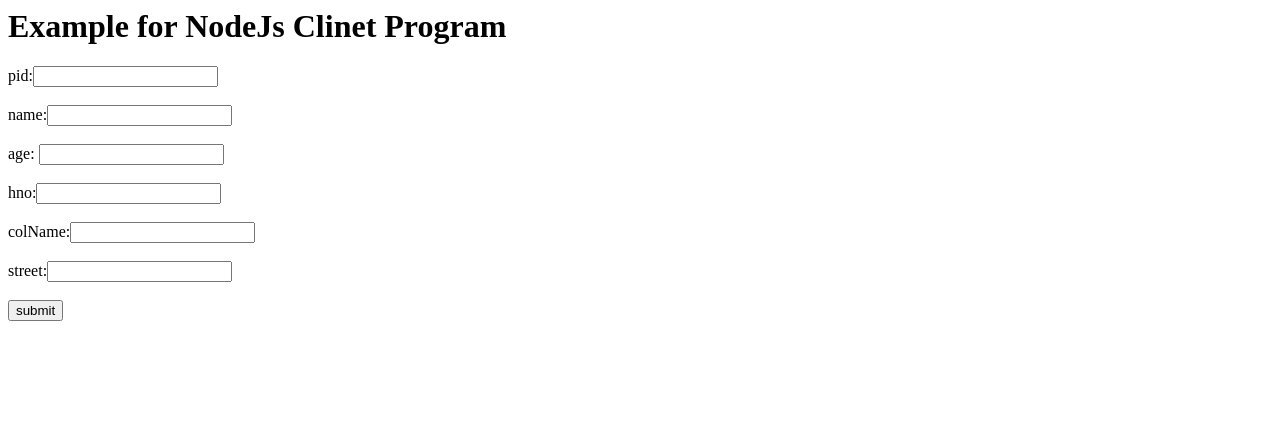
Repository: priyanalleboina/JsTraining
Page: Priyanka _JsExcercies/Excersice-14-ts/index.html
An editor plug-in stored every save of this project. The page is shown before and after the next save, followed by the edit.
The browser window is 1280 px wide. The pictures show the whole page.

Above is the page before, as saved 2020-06-04 16:08:07.

### Priyanka _JsExcercies/Excersice-14-ts/index.html
<html lang="en">

<head>
    <meta charset="UTF-8">
    <meta name="viewport" content="width=device-width, initial-scale=1.0">
    <title>Add Program</title>
</head>

<body>
    <div>
        <h1>Example for NodeJs Clinet Program</h1>
        <form method="GET" action="http://localhost:4000/create">
            <label>pid:</label><input id="id" name="pid"></br></br>
            <label>name:</label><input id="name" name="name"></br></br>
            <label>age:</label> <input id="age" name="age"></br></br>
            <label>hno:</label><input id="hno" name="hno"></br></br>
            <label>colName:</label><input id="colName" name="colName"></br></br>
            <label>street:</label><input id="street" name="street"></br></br>
            <input type="submit" value="submit" /></br>
        </form>

    </div>
</body>

</html>

After the next save:
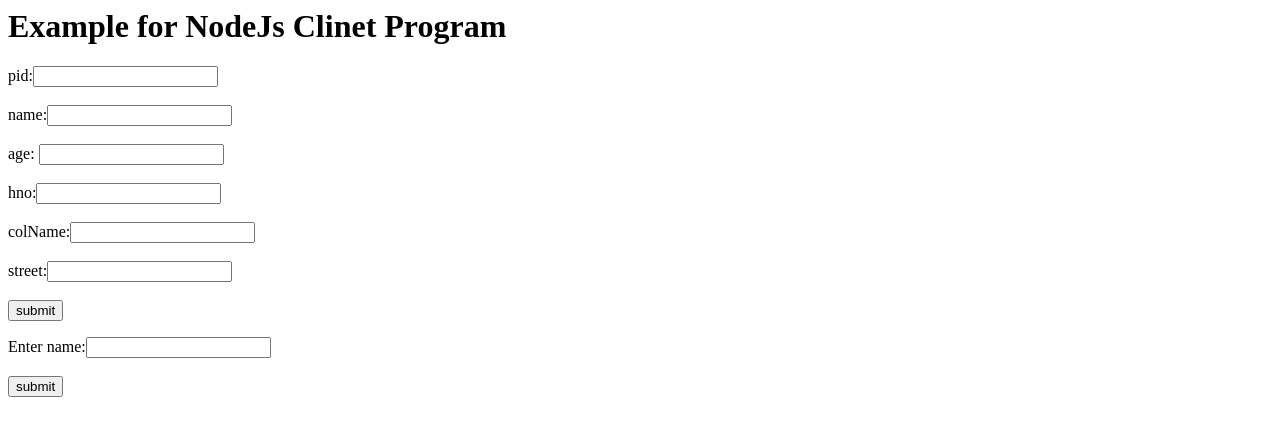
Saved 41 s later.
--- a/Priyanka _JsExcercies/Excersice-14-ts/index.html
+++ b/Priyanka _JsExcercies/Excersice-14-ts/index.html
@@ -18,7 +18,10 @@
             <label>street:</label><input id="street" name="street"></br></br>
             <input type="submit" value="submit" /></br>
         </form>
-
+        <form method="GET" action="http://localhost:4000/searchByName">
+            <label>Enter name:</label><input id="id" name="pid"></br></br>
+            <input type="submit" value="submit" /></br>
+        </form>
     </div>
 </body>
 
